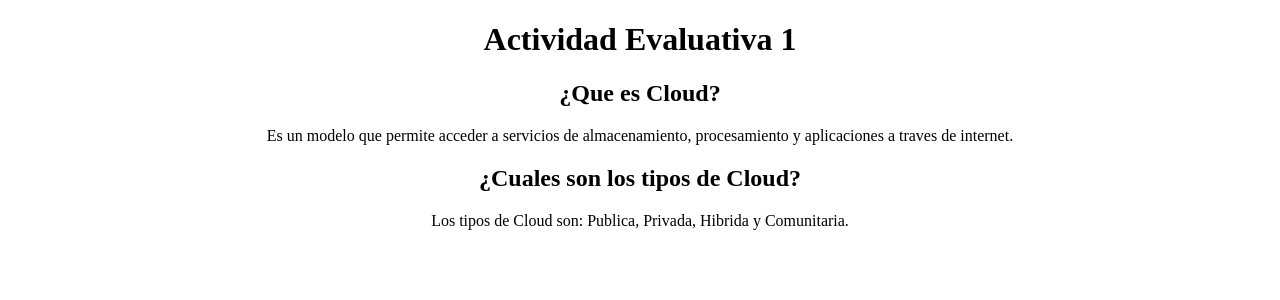
Repository: Laura-Oliveros/Actividad-Evaluativa-1
Page: LauSebas.html
The author's editor kept a copy of each file at every save. The page is drawn from the files as they stood at one save, then again after the next save.
The browser window is 1280 px wide. The pictures show the whole page.

Above is the page before, as saved 2025-09-04 18:50:24.

### LauSebas.html
<!DOCTYPE html>
<html lang="en">
<head>
    <meta charset="UTF-8">
    <meta name="viewport" content="width=device-width, initial-scale=1.0">
    <title>Actividad Evaluativa 1</title>
</head>
<body>
    <div class="contenedor" style="text-align: center;">
        <h1>Actividad Evaluativa 1</h1>
        <h2>¿Que es Cloud?</h2>
        <p>Es un modelo que permite acceder a servicios de almacenamiento, procesamiento y aplicaciones a traves de internet.</p>
    </div>

    <div class="contenedor" style="text-align: center;">
        <h2>¿Cuales son los tipos de Cloud?</h2>
        <p>Los tipos de Cloud son: Publica, Privada, Hibrida y Comunitaria.</p>

</body>
</html>

After the next save:
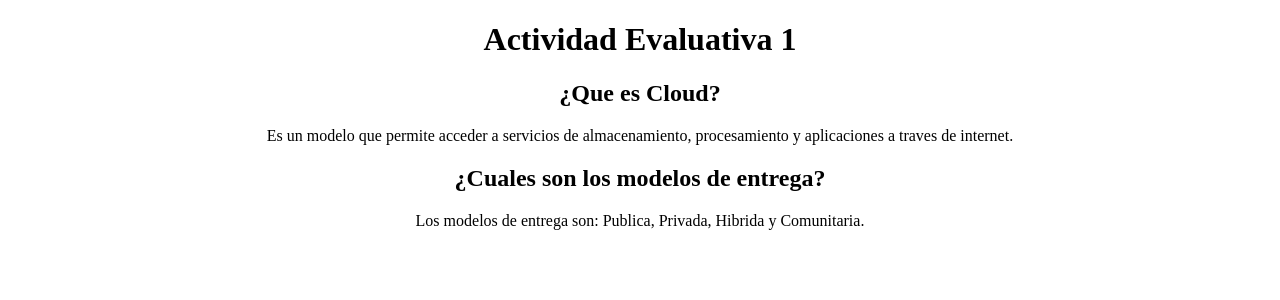
Saved 12 s later.
--- a/LauSebas.html
+++ b/LauSebas.html
@@ -13,8 +13,8 @@
     </div>
 
     <div class="contenedor" style="text-align: center;">
-        <h2>¿Cuales son los tipos de Cloud?</h2>
-        <p>Los tipos de Cloud son: Publica, Privada, Hibrida y Comunitaria.</p>
+        <h2>¿Cuales son los modelos de entrega?</h2>
+        <p>Los modelos de entrega son: Publica, Privada, Hibrida y Comunitaria.</p>
 
 </body>
 </html>
